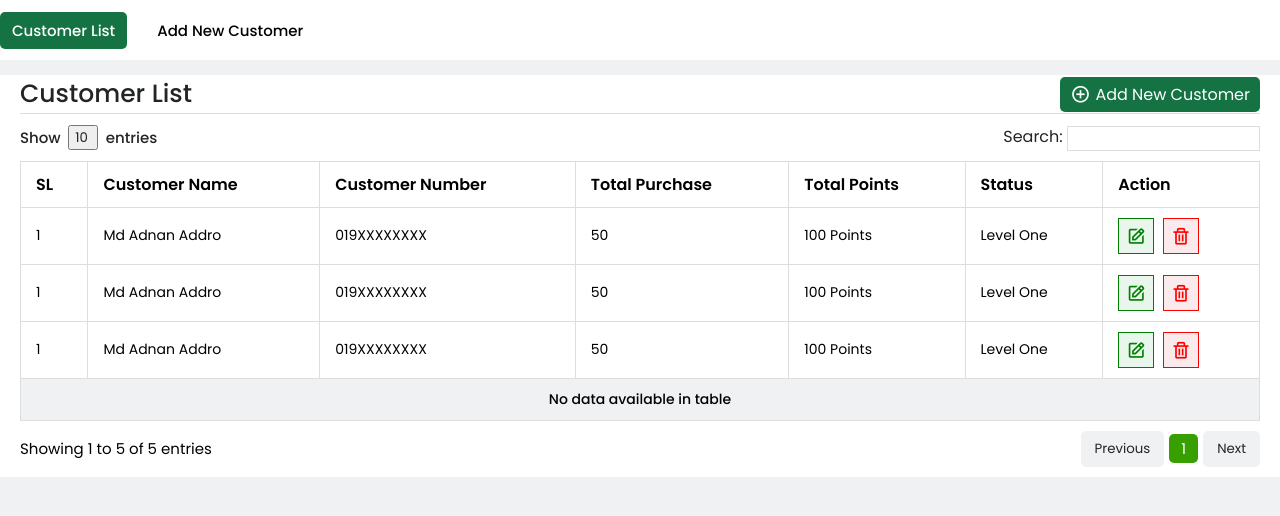
Repository: codebyaddro/customer-page
Page: customer.html
The author's editor kept a copy of each file at every save. The page is drawn from the files as they stood at one save, then again after the next save.
The browser window is 1280 px wide. The pictures show the whole page.

Above is the page before, as saved 2025-02-20 14:31:29.

### customer.html
<!DOCTYPE html>
<html lang="en">
<head>
    <meta charset="UTF-8">
    <meta name="viewport" content="width=device-width, initial-scale=1.0">
    <!-- CSS -->
    <link rel="stylesheet" href="css/customer.css">
    <!-- Icons -->
    <link href='https://unpkg.com/boxicons@2.1.4/css/boxicons.min.css' rel='stylesheet'>
    <title>Customer - Page</title>
</head>
<body style="background-color: var(--gray-white);">
    <div class="cba-customer-container">
        <div class="cba-cusc-top-menus">
            <ul>
                <li><a href="/index.html" class="cba-cusc-active-menu">Customer List</a></li>
                <li><a href="/inner-pages/html/anc.html" class="cba-cusc-light-up">Add New Customer</a></li>
            </ul>
        </div>
        <div class="cba-cusc-list-container">
            <div class="cba-cusc-heading-add-new-btn">
                <div class="cba-cusc-heading">
                    <h2>Customer List</h2>
                </div>
                <div class="cba-cusc-add-new-btn">
                    <i class='cba-cusc-add-icon bx bx-plus-circle'></i>
                    <a href="/inner-pages/html/anc.html">Add New Customer</a>
                </div>
            </div>
            <div class="cba-cusc-list-short-dpdwn-search-box">
                <div class="cba-cusc-list-short-dpdwn">
                    <h3>Show</h3>
                    <select name="10" id="">
                        <option value="">10</option>
                        <option value="">20</option>
                        <option value="">30</option>
                        <option value="">All</option>
                    </select>
                    <h3>entries</h3>
                </div>
                <div class="cba-cusc-search-box">
                    <legend>Search: <input type="text"></legend>
                </div>
            </div>
            <div class="cba-cusc-table-list">
                <table>
                    <thead>
                        <tr>
                            <th title="SL">SL</th>
                            <th title="Code">Customer Name</th>
                            <th title="Category Name">Customer Number</th>
                            <th title="Status">Total Purchase</th>
                            <th title="Status">Total Points</th>
                            <th title="Status">Status</th>
                            <th title="Action">Action</th>
                        </tr>
                    </thead>
                    <tbody>
                        <tr>
                            <td>1</td>
                            <td>Md Adnan Addro</td>
                            <td>019XXXXXXXX</td>
                            <td>50</td>
                            <td><span>100</span> Points</td>
                            <td><span class="cba-cusc-ls1">Level One</span></td>
                            <td>
                                <a title="Edit" href="#"><i class='cba-cusc-edit-icon bx bx-edit'></i></a>
                                <a title="Delete" href="#"><i class='cba-cusc-delete-icon bx bx-trash'></i></a>
                            </td>
                        </tr>
                        <tr>
                            <td>1</td>
                            <td>Md Adnan Addro</td>
                            <td>019XXXXXXXX</td>
                            <td>50</td>
                            <td><span>100</span> Points</td>
                            <td><span class="cba-cusc-ls1">Level One</span></td>
                            <td>
                                <a title="Edit" href="#"><i class='cba-cusc-edit-icon bx bx-edit'></i></a>
                                <a title="Delete" href="#"><i class='cba-cusc-delete-icon bx bx-trash'></i></a>
                            </td>
                        </tr>
                        <tr>
                            <td>1</td>
                            <td>Md Adnan Addro</td>
                            <td>019XXXXXXXX</td>
                            <td>50</td>
                            <td><span>100</span> Points</td>
                            <td><span class="cba-cusc-ls1">Level One</span></td>
                            <td>
                                <a title="Edit" href="#"><i class='cba-cusc-edit-icon bx bx-edit'></i></a>
                                <a title="Delete" href="#"><i class='cba-cusc-delete-icon bx bx-trash'></i></a>
                            </td>
                        </tr>
                        <tr class="cba-cusc-no-data-available">
                            <th colspan="7">No data available in table</th>
                        </tr>
                    </tbody>
                </table>
            </div>
            <div class="cba-cusc-entries-details-list-page-btn">
                <div class="cba-cusc-entries-details">
                    Showing <span>1</span> to <span>5</span> of <span>5</span> entries
                </div>
                <div class="cba-cusc-list-page-btn">
                    <button>Previous</button>
                    <h4><span>1</span></h4>
                    <button>Next</button>
                </div>
            </div>
        </div>
    </div>
</body>
</html>

### css/customer.css
/* -- fonts -- */
@import url('https://fonts.googleapis.com/css2?family=Poppins:ital,wght@0,100;0,200;0,300;0,400;0,500;0,600;0,700;0,800;0,900;1,100;1,200;1,300;1,400;1,500;1,600;1,700;1,800;1,900&family=Raleway:ital,wght@0,100..900;1,100..900&family=Roboto:ital,wght@0,100;0,300;0,400;0,500;0,700;0,900;1,100;1,300;1,400;1,500;1,700;1,900&family=VT323&display=swap');

/* -- root -- */

:root {
    --gray-white: #F0F1F2; /* For body*/
    --white: #FFFFFF;
    --black: #000000;
    --gray-black: #DDDDDD;
    --lt-black: #212523;
    --lt-black-op: #21252350;
    --main-green: #157343;
    --main-lt: #37A000;
    --lt-orange: #FD7E14;
    --green: #008000;
    --lt-green: #e9f6ec;
    --red: #FF0000;
    --lt-red: #fbeaec;
    --blue: #0000FF;
    --lt-blue: #e6e6ff;
}

/* --universal style -- */

* {
    margin: 0;
    padding: 0;
    box-sizing: border-box;
    font-family: "Poppins", serif;
}

/* -- website app text selection cursor style */

::selection {
    color: var(--white);
    background-color: var(--main-lt);
}

/* -- customer container style -- */

.cba-customer-container {
    width: 100%;
    /* margin-top: 25px; */
}

/* -- top menus style--  */

.cba-cusc-top-menus {
    background-color: var(--white);
    display: flex;
    justify-content: left;
    align-items: center;
    height: 60px;
    padding: 10px 20px;
    margin-bottom: 15px;
}

.cba-cusc-top-menus ul {
    list-style-type: none;
    display: flex;
    gap: 30px;
    margin-left: -20px;
}

.cba-cusc-top-menus ul li a {
    text-decoration: none;
    color: var(--black);
    font-size: 15px;
    font-weight: 500;
}

/* -- active menu style -- */

.cba-cusc-active-menu {
    color: var(--white)!important;
    background-color: var(--main-green);
    padding: 8px 12px;
    border-radius: 5px;
}

/* -- menu hover style -- */

.cba-cusc-light-up:hover {
    color: var(--lt-orange);
}

/* -- list container style -- */

.cba-cusc-list-container {
    background-color: var(--white);
    padding: 0px 20px;
}

/* -- heading-add-new-btn style -- */

.cba-cusc-heading-add-new-btn {
    display: flex;
    justify-content: space-between;
    align-items: center;
    border-bottom: 1px solid var(--gray-black) ;
}

.cba-cusc-heading h2 {
    color: var(--lt-black);
    font-size: 25px;
    font-weight: 500;
}

/* -- add-new-btn style -- */

.cba-cusc-add-new-btn {
    display: flex;
    gap: 5px;
    justify-content: baseline;
    align-items: center;
}

.cba-cusc-add-new-btn {
    background-color: var(--main-green);
    padding: 5px 10px;
    border-radius: 5px;
}

.cba-cusc-add-new-btn a {
    color: var(--white);
    text-decoration: none;
}

.cba-cusc-add-icon {
    color: var(--white);
    font-size: 20px;
}

/* -- list-short-dpdwn-search-box style -- */

.cba-cusc-list-short-dpdwn-search-box {
    display: flex;
    justify-content: space-between;
    align-items: center;
    padding: 10px 0px;
}

/* -- list-short-dpdwn style -- */

.cba-cusc-list-short-dpdwn {
    display: flex;
    gap: 7.5px;
    align-items: center;
}

.cba-cusc-list-short-dpdwn h3 {
    color: var(--lt-black);
    font-size: 15px;
    font-weight: 500;
}

.cba-cusc-list-short-dpdwn select {
    color: var(--lt-black);
    appearance: none;
    height: 25px;
    width: 30px;
    padding-left: 6px;
    outline: none;
    border-radius: 2.5px;
}

/* -- search-box style -- */

.cba-cusc-search-box {
    display: flex;
    align-items: center;
}

.cba-cusc-search-box legend {
    color: var(--lt-black);
}

.cba-cusc-search-box input {
    outline: none;
    height: 25px;
    width: 193px;
    border: 1px solid var(--gray-black);
}

/* -- table-list style --*/

table {
    border-collapse: collapse;
    width: 100%;
}

@media (max-width: 768px) {
    table {
        width: 100%;
        padding: 0rem;
        display: block;
        overflow-x: scroll;
        overflow-y: hidden;
        scrollbar-width: thin;
        scrollbar-color: var(--black);
    }
}

/* -- thead style -- */

thead {
    cursor: pointer;
}

th, td {
    border: 1px solid var(--gray-black);
    padding: 10px 15px;
}

thead tr th {
    font-size: 1rem;
    font-weight: 600;
    text-align: left;
}

tbody tr td {
    font-size: 0.875rem;
}

tbody tr:hover {
    background-color: var(--gray-white);
}

/* -- tbody style -- */

/* status style */

.cba-cusc-active {
    color: var(--green);
    background-color: var(--lt-green);
    font-size: 12px;
    font-weight: 500;
    padding: 2.5px 7.5px;
    border-radius: 5px;
}

.cba-cusc-inactive {
    color: var(--red);
    background-color: var(--lt-red);
    font-size: 12px;
    font-weight: 500;
    padding: 2.5px 7.5px;
    border-radius: 5px;
}

/* -- action style -- */

.cba-cusc-edit-icon {
    color: var(--green);
    background-color: var(--lt-green);
    padding: 7px 7px;
    margin-right: 2.5px;
    border: 1px solid var(--green);
    font-size: 20px;
}

.cba-cusc-edit-icon:hover {
    background-color: var(--lt-black-op);
}

.cba-cusc-delete-icon {
    color: var(--red);
    background-color: var(--lt-red);
    padding: 7px 7px;
    margin-left: 2.5px;
    border: 1px solid var(--red);
    font-size: 20px;
}

.cba-cusc-delete-icon:hover {
    background-color: var(--lt-black-op);
}

/* -- no data style */

.cba-cusc-no-data-available th {
    font-size: 14px;
    font-weight:500;
    color: var(--black);
    background-color: var(--gray-white);
}

/* -- entries-details-list-page-btn style -- */

.cba-cusc-entries-details-list-page-btn {
    display: flex;
    justify-content: space-between;
    align-items: center;
    padding: 10px 0px;
}

.cba-cusc-entries-details {
    color: var(--black);
    font-size: 15px;
}

.cba-cusc-list-page-btn {
    display: flex;
    gap: 5px;
    align-items: center;
}

.cba-cusc-list-page-btn button {
    color: var(--lt-black);
    background-color: var(--gray-white);
    padding: 8px 14px;
    border: none;
    border-radius: 5px;
    cursor: pointer;
}

.cba-cusc-list-page-btn > h4 {
    color: var(--white);
    background-color: var(--main-lt);
    font-size: 15px;
    font-weight: 400;
    padding: 3px 12px;
    border-radius: 5px;
}

After the next save:
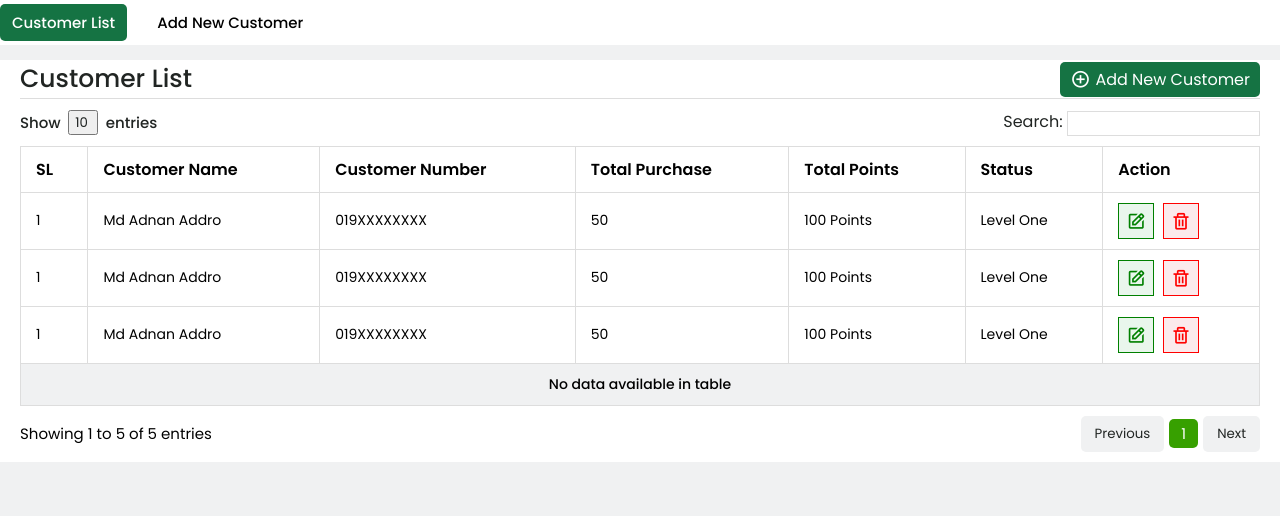
Saved 18 s later.
--- a/css/customer.css
+++ b/css/customer.css
@@ -51,7 +51,7 @@
     display: flex;
     justify-content: left;
     align-items: center;
-    height: 60px;
+    /* height: 60px; */
     padding: 10px 20px;
     margin-bottom: 15px;
 }

After the save that followed:
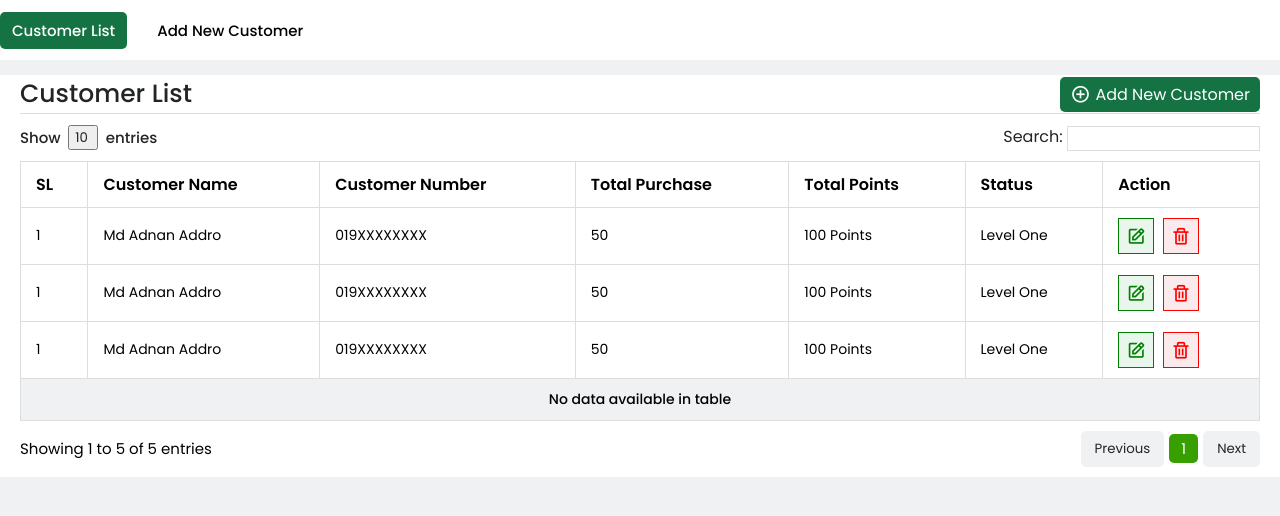
Saved 8 s later.
--- a/css/customer.css
+++ b/css/customer.css
@@ -51,7 +51,7 @@
     display: flex;
     justify-content: left;
     align-items: center;
-    /* height: 60px; */
+    height: 60px;
     padding: 10px 20px;
     margin-bottom: 15px;
 }
